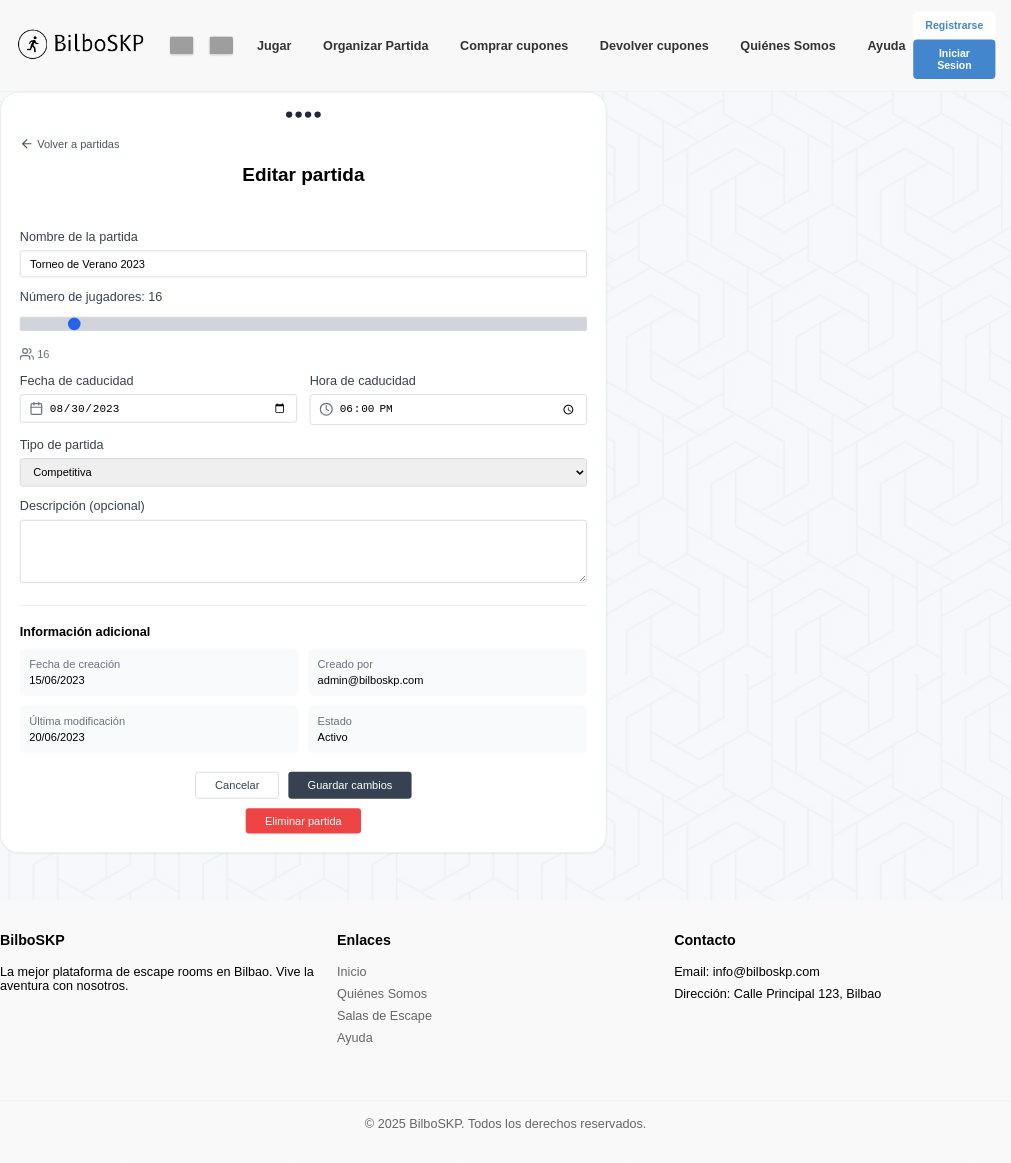
Repository: Andrew1447/Reto3-main
Page: http://localhost/bilboSKP/EditarPartida.jsp
The author's editor kept a copy of each file at every save. The page is drawn from the files as they stood at one save, then again after the next save.
The browser window is 1280 px wide. The pictures show the whole page, at 79% of full size.
Pictures or frames that could not be fetched are drawn as grey boxes. Backgrounds fixed to the window are drawn as part of the page. The page is served by Tomcat 9. Other server files are loaded and not shown. The template is opened directly, without the code that normally fills it, so the values that code supplies are empty.

Above is the page before, as saved 2025-04-27 14:53:57.

### bilboSKP/src/main/webapp/EditarPartida.jsp
<%@ page language="java" contentType="text/html; charset=UTF-8" pageEncoding="UTF-8"%>
<!DOCTYPE html>
<html lang="en">
<head>
    <meta charset="UTF-8">
    <meta name="viewport" content="width=device-width, initial-scale=1.0">
    <link rel="stylesheet" href="styles/style.css">
    <link rel="stylesheet" href="styles/EditarPartida.css">
    <title>Editar partida</title>
</head>
<body>
<header>
    <div class="logo-container">
        <a href="Index.jsp"><img src="img/bilboskp-high-resolution-logo-removebg-preview.png"></a>

        <div class="language-selector">
                <a href="?lang=es" title="Español">
                    <img src="https://upload.wikimedia.org/wikipedia/commons/thumb/9/9a/Flag_of_Spain.svg/1200px-Flag_of_Spain.svg.png" alt="Bandera de España">
                </a>
                <a href="?lang=en" title="English">
                    <img src="https://upload.wikimedia.org/wikipedia/commons/thumb/8/83/Flag_of_the_United_Kingdom_%283-5%29.svg/1200px-Flag_of_the_United_Kingdom_%283-5%29.svg.png" alt="Bandera del Reino Unido">
                </a>
            </div>
        </div>

    <nav>

        <a href="EscapeRooms.jsp">Jugar</a>
        <a href="OrganizarPartida.jsp">Organizar Partida</a>
        <a href="Packcupones.jsp">Comprar cupones</a>
		<a href="DevolverCupones.jsp">Devolver cupones</a>
        <a href="QuienesSomos.jsp">Quiénes Somos</a>
        <a href="Ayuda.jsp">Ayuda</a>

        <%
            Integer idRolUsuario = (Integer) request.getAttribute("idRol");
            Integer idCentroSesion = (Integer) request.getAttribute("idCentroSesion");

            // Mostrar "Registrar Centro" solo si el usuario no está logueado como centro
            if (idCentroSesion == null && idRolUsuario != null && idRolUsuario.equals(2)) {
        %>
                <a href="CentroRegistro.jsp">Registrar Centro</a>
        <%
            }
        %>
    </nav>

<div class="botones">
    <%
        String nombreSesion = (String) request.getAttribute("nombreSesion");
        String tipoUsuario = (String) request.getAttribute("tipoUsuario");
        Integer saldoCupones = (Integer) request.getAttribute("saldoCupones");

        if (nombreSesion != null && !nombreSesion.isEmpty()) {
            if (tipoUsuario != null && tipoUsuario.equals("usuario")) {
    %>
                <span class="nombre-usuario">Bienvenido, <%= nombreSesion %> (<%= saldoCupones != null ? saldoCupones : 0 %> cupones)</span>
                <button onclick="window.location.href='LogoutServlet'">Cerrar Sesión</button>
    <%
            } else if (tipoUsuario != null && tipoUsuario.equals("centro")) {
    %>
                <span class="nombre-centro">Bienvenido, <%= nombreSesion %></span>
                <button onclick="window.location.href='LogoutCentroServlet'">Cerrar Sesión</button>
    <%
            }
        } else {
    %>
        <button class= "registrarse" onclick="window.location.href='Registrar.jsp'">Registrarse</button>
        <button onclick="window.location.href='login.jsp'">Iniciar Sesion</button>
    <%
        }
    %>
</div>
    </header>

    <div class="card">
      <div class="card-header">
        <div class="dots">
          <span class="dot"></span>
          <span class="dot"></span>
          <span class="dot"></span>
          <span class="dot"></span>
        </div>

        <a href="OrganizarPartida.jsp" class="back-link">
          <svg class="icon" viewBox="0 0 24 24">
            <line x1="19" y1="12" x2="5" y2="12"></line>
            <polyline points="12 19 5 12 12 5"></polyline>
          </svg>
          Volver a partidas
        </a>

        <h1 class="card-title">Editar partida</h1>
      </div>

      <div class="form-container">
        <form id="editar-partida-form">
          <div class="form-group">
            <label for="nombre">Nombre de la partida</label>
            <input type="text" id="nombre" value="Torneo de Verano 2023">
          </div>

          <div class="form-group">
            <label for="numJugadores">Número de jugadores: <span id="jugadores-valor">16</span></label>
            <div class="slider-container">
              <input type="range" id="numJugadores" class="slider" min="2" max="200" value="16">
            </div>
            <div class="slider-value">
              <svg class="icon" viewBox="0 0 24 24">
                <path d="M17 21v-2a4 4 0 0 0-4-4H5a4 4 0 0 0-4 4v2"></path>
                <circle cx="9" cy="7" r="4"></circle>
                <path d="M23 21v-2a4 4 0 0 0-3-3.87"></path>
                <path d="M16 3.13a4 4 0 0 1 0 7.75"></path>
              </svg>
              <span id="jugadores-valor-icon">16</span>
            </div>
          </div>

          <div class="grid-2">
            <div class="form-group">
              <label for="fecha">Fecha de caducidad</label>
              <div class="input-with-icon">
                <svg class="icon input-icon" viewBox="0 0 24 24">
                  <rect x="3" y="4" width="18" height="18" rx="2" ry="2"></rect>
                  <line x1="16" y1="2" x2="16" y2="6"></line>
                  <line x1="8" y1="2" x2="8" y2="6"></line>
                  <line x1="3" y1="10" x2="21" y2="10"></line>
                </svg>
                <input type="date" id="fecha" value="2023-08-30">
              </div>
            </div>

            <div class="form-group">
              <label for="hora">Hora de caducidad</label>
              <div class="input-with-icon">
                <svg class="icon input-icon" viewBox="0 0 24 24">
                  <circle cx="12" cy="12" r="10"></circle>
                  <polyline points="12 6 12 12 16 14"></polyline>
                </svg>
                <input type="time" id="hora" value="18:00">
              </div>
            </div>
          </div>

          <div class="form-group">
            <label for="tipo">Tipo de partida</label>
            <select id="tipo">
              <option value="casual">Casual</option>
              <option value="competitiva" selected>Competitiva</option>
              <option value="amistosa">Amistosa</option>
              <option value="torneo">Torneo</option>
            </select>
          </div>

          <div class="form-group">
            <label for="descripcion">Descripción (opcional)</label>
            <textarea id="descripcion"></textarea>
          </div>

          <div class="info-section">
            <h3 class="info-title">Información adicional</h3>
            <div class="info-grid">
              <div class="info-item">
                <div class="info-label">Fecha de creación</div>
                <div class="info-value">15/06/2023</div>
              </div>
              <div class="info-item">
                <div class="info-label">Creado por</div>
                <div class="info-value">admin@bilboskp.com</div>
              </div>
              <div class="info-item">
                <div class="info-label">Última modificación</div>
                <div class="info-value">20/06/2023</div>
              </div>
              <div class="info-item">
                <div class="info-label">Estado</div>
                <div class="info-value">Activo</div>
              </div>
            </div>
          </div>

          <div class="button-container">
            <button type="button" class="secondary-button" id="cancelar-btn">Cancelar</button>
            <button type="submit" class="primary-button">Guardar cambios</button>
          </div>

          <div class="button-container" style="margin-top: 12px;">
            <button type="button" class="danger-button" id="eliminar-btn">Eliminar partida</button>
          </div>
        </form>
      </div>
    </div>

  <footer>
        <div class="container">
            <div class="footer-content">
                <div class="footer-column">
                    <h3>BilboSKP</h3>
                    <p>La mejor plataforma de escape rooms en Bilbao. Vive la aventura con nosotros.</p>
                </div>
                <div class="footer-column">
                    <h3>Enlaces</h3>
                    <ul>
                        <li><a href="Index.jsp">Inicio</a></li>
                        <li><a href="QuienesSomos.jsp">Quiénes Somos</a></li>
                        <li><a href="EscapeRooms.jsp">Salas de Escape</a></li>
                        <li><a href="Ayuda.jsp">Ayuda</a></li>
                    </ul>
                </div>
                <div class="footer-column">
                    <h3>Contacto</h3>
                    <ul>
                        <li>Email: info@bilboskp.com</li>
                        <li>Dirección: Calle Principal 123, Bilbao</li>
                    </ul>
                </div>
            </div>
            <div class="footer-bottom">
                <p>&copy; 2025 BilboSKP. Todos los derechos reservados.</p>
            </div>
        </div>
    </footer>

  <script>
    // Script para actualizar el valor del slider
    const sliderElement = document.getElementById('numJugadores');
    const jugadoresValor = document.getElementById('jugadores-valor');
    const jugadoresValorIcon = document.getElementById('jugadores-valor-icon');

    sliderElement.addEventListener('input', function() {
      const value = this.value;
      jugadoresValor.textContent = value;
      jugadoresValorIcon.textContent = value;
    });

    // Prevenir envío del formulario (para demostración)
    document.getElementById('editar-partida-form').addEventListener('submit', function(e) {
      e.preventDefault();
      alert('Cambios guardados (demostración)');
    });

    // Botón cancelar
    document.getElementById('cancelar-btn').addEventListener('click', function() {
      if (confirm('¿Estás seguro de que quieres cancelar la edición? Los cambios no guardados se perderán.')) {
        // Redirigir a la página de partidas (para demostración)
        alert('Edición cancelada (demostración)');
      }
    });

    // Botón eliminar
    document.getElementById('eliminar-btn').addEventListener('click', function() {
      if (confirm('¿Estás seguro de que quieres eliminar esta partida? Esta acción no se puede deshacer.')) {
        // Eliminar partida (para demostración)
        alert('Partida eliminada (demostración)');
      }
    });
  </script>

</body>
</html>

### bilboSKP/src/main/webapp/styles/style.css
body {
    font-family: "Ubuntu", sans-serif;
    font-weight: 500;
    font-style: normal;
    background-color: #f4f7fa;
    margin: 0;
    padding: 0;
    background-image: linear-gradient(rgba(244, 247, 250, 0.85), rgba(244, 247, 250, 0.85)), url('../img/fondod.png');
    background-repeat: no-repeat;
    background-size: cover;
    background-position: center;
    background-attachment: fixed; /* Esto asegura que el fondo permanezca fijo */
}

.logo-container {
            display: flex;
            align-items: center;
        }

        .logo-container img {
            height: 50px;
            width: auto;
        }

  .language-selector {
            display: flex;
            align-items: center;
            margin-left: 20px;
        }

        .language-selector a {
            display: flex;
            align-items: center;
            margin: 0 5px;
            padding: 5px;
            border-radius: 4px;
            transition: background-color 0.2s;
        }

        .language-selector a:hover {
            background-color: #f0f0f0;
        }

        .language-selector img {
            width: 30px;
            height: auto;
            border-radius: 3px;
            box-shadow: 0 1px 2px rgba(0, 0, 0, 0.2);
        }

header {
    display: grid;
    grid-template-columns: 1fr auto 1fr;
    align-items: center;
    padding: 15px 20px;
    background-color: #f8f8f8;
    border-bottom: 1px solid #eee;
}

header > a:first-child {
    justify-self: start;
}

header a img {
    max-height: 50px;
}

header nav {
    grid-column: 2;
    display: flex;
    justify-content: center;
    gap: 20px; /* Equal spacing between links */
}

header nav a {
    text-decoration: none;
    color: #333;
    margin-left: 20px;
    font-weight: bold;
}

header nav a:hover {
    color: #4386ce;
}

header button {
    background-color: #4386ce;
    color: white;
    border: none;
    padding: 10px 15px;
    border-radius: 5px;
    cursor: pointer;
    margin-left: 10px;
    font-weight: bold;
}

header button:hover {
    background-color: #437cb8;
}


body{
  font-family: "Ubuntu", sans-serif;
  font-weight: 500;
  font-style: normal;
  background-repeat: no-repeat;
  background-size: cover;
  background-attachment: fixed;
}

.botones {
    grid-column: 3;
    justify-self: end;
}

.registrarse{
    background-color: #ffff;
    color: #4386ce;
    font-weight: bold;
}
.registrarse:hover{
    background-color: #cfcfcf;
    color: #4386ce;
    font-weight: bold;
}




        /* Footer */
        footer {
            background-color: #f9f9f9;
            padding: 40px 0;
            margin-top: 60px;
        }

        .footer-content {
            display: flex;
            justify-content: space-between;
            flex-wrap: wrap;
        }

        .footer-column {
            flex: 1;
            min-width: 200px;
            margin-bottom: 20px;
        }

        .footer-column h3 {
            margin-bottom: 20px;
            font-size: 18px;
        }

        .footer-column ul {
            list-style: none;
        }

        .footer-column ul li {
            margin-bottom: 10px;
        }

        .footer-column ul li a {
            text-decoration: none;
            color: #666;
        }

        .footer-bottom {
            text-align: center;
            margin-top: 40px;
            padding-top: 20px;
            border-top: 1px solid #eee;
            color: #666;
        }

        /* Responsive */
        @media (max-width: 768px) {
            header {
                flex-direction: column;
                gap: 15px;
            }

            nav ul {
                margin: 15px 0;
                flex-wrap: wrap;
                justify-content: center;
            }

            .about-content {
                flex-direction: column;
            }

            .features {
                grid-template-columns: 1fr;
            }

            .carousel-container {
                height: 300px;
            }
        }

### bilboSKP/src/main/webapp/styles/EditarPartida.css
@charset "ISO-8859-1";
* {
      margin: 0;
      padding: 0;
      box-sizing: border-box;
    }


    /* Contenido principal */
    main {
      padding: 32px 16px;
      display: flex;
      justify-content: center;
    }

    .card {
      width: 100%;
      max-width: 768px;
      background-color: white;
      border-radius: 24px;
      border: 1px solid #e5e7eb;
      box-shadow: 0 1px 2px rgba(0, 0, 0, 0.05);
      overflow: hidden;
    }

    .card-header {
      padding: 24px;
    }

    .dots {
      display: flex;
      justify-content: center;
      gap: 4px;
      margin-bottom: 24px;
    }

    .dot {
      width: 8px;
      height: 8px;
      border-radius: 50%;
      background-color: #1f2937;
    }

    .card-title {
      font-size: 24px;
      font-weight: bold;
      text-align: center;
      margin-bottom: 32px;
    }

    .back-link {
      display: flex;
      align-items: center;
      gap: 4px;
      color: #4b5563;
      text-decoration: none;
      font-size: 14px;
      margin-bottom: 16px;
    }

    .back-link:hover {
      color: #1f2937;
    }

    /* Formulario */
    .form-container {
      padding: 0 24px 24px;
    }

    .form-group {
      margin-bottom: 16px;
    }

    label {
      display: block;
      margin-bottom: 8px;
      font-weight: 500;
      color: #374151;
    }

    input, select, textarea {
      width: 100%;
      padding: 8px 12px;
      border: 1px solid #d1d5db;
      border-radius: 4px;
      font-size: 14px;
    }

    input:focus, select:focus, textarea:focus {
      outline: none;
      border-color: #2563eb;
      box-shadow: 0 0 0 2px rgba(37, 99, 235, 0.1);
    }

    .input-with-icon {
      position: relative;
    }

    .input-icon {
      position: absolute;
      left: 12px;
      top: 50%;
      transform: translateY(-50%);
      color: #6b7280;
    }

    .input-with-icon input {
      padding-left: 36px;
    }

    .slider-container {
      margin: 16px 0;
    }

    .slider {
      -webkit-appearance: none;
      width: 100%;
      height: 4px;
      border-radius: 2px;
      background: #d1d5db;
      outline: none;
    }

    .slider::-webkit-slider-thumb {
      -webkit-appearance: none;
      appearance: none;
      width: 16px;
      height: 16px;
      border-radius: 50%;
      background: #2563eb;
      cursor: pointer;
    }

    .slider::-moz-range-thumb {
      width: 16px;
      height: 16px;
      border-radius: 50%;
      background: #2563eb;
      cursor: pointer;
    }

    .slider-value {
      display: flex;
      align-items: center;
      gap: 4px;
      color: #6b7280;
      font-size: 14px;
    }

    .grid-2 {
      display: grid;
      grid-template-columns: 1fr;
      gap: 16px;
    }

    @media (min-width: 640px) {
      .grid-2 {
        grid-template-columns: 1fr 1fr;
      }
    }

    textarea {
      resize: vertical;
      min-height: 80px;
    }

    .button-container {
      display: flex;
      justify-content: center;
      gap: 12px;
      margin-top: 24px;
    }

    .primary-button {
      background-color: #374151;
      color: white;
      border: none;
      border-radius: 4px;
      padding: 8px 24px;
      font-size: 14px;
      cursor: pointer;
    }

    .primary-button:hover {
      background-color: #1f2937;
    }

    .secondary-button {
      background-color: white;
      color: #374151;
      border: 1px solid #d1d5db;
      border-radius: 4px;
      padding: 8px 24px;
      font-size: 14px;
      cursor: pointer;
    }

    .secondary-button:hover {
      background-color: #f9fafb;
    }

    .danger-button {
      background-color: #ef4444;
      color: white;
      border: none;
      border-radius: 4px;
      padding: 8px 24px;
      font-size: 14px;
      cursor: pointer;
    }

    .danger-button:hover {
      background-color: #dc2626;
    }

    /* Información adicional */
    .info-section {
      margin-top: 24px;
      padding-top: 24px;
      border-top: 1px solid #e5e7eb;
    }

    .info-title {
      font-size: 16px;
      font-weight: 600;
      margin-bottom: 12px;
    }

    .info-grid {
      display: grid;
      grid-template-columns: 1fr;
      gap: 12px;
    }

    @media (min-width: 640px) {
      .info-grid {
        grid-template-columns: 1fr 1fr;
      }
    }

    .info-item {
      background-color: #f9fafb;
      padding: 12px;
      border-radius: 6px;
      font-size: 14px;
    }

    .info-label {
      color: #6b7280;
      margin-bottom: 4px;
    }

    .info-value {
      font-weight: 500;
    }

    /* Iconos */
    .icon {
      display: inline-block;
      width: 18px;
      height: 18px;
      stroke-width: 2;
      stroke: currentColor;
      fill: none;
      stroke-linecap: round;
      stroke-linejoin: round;
    }

After the next save:
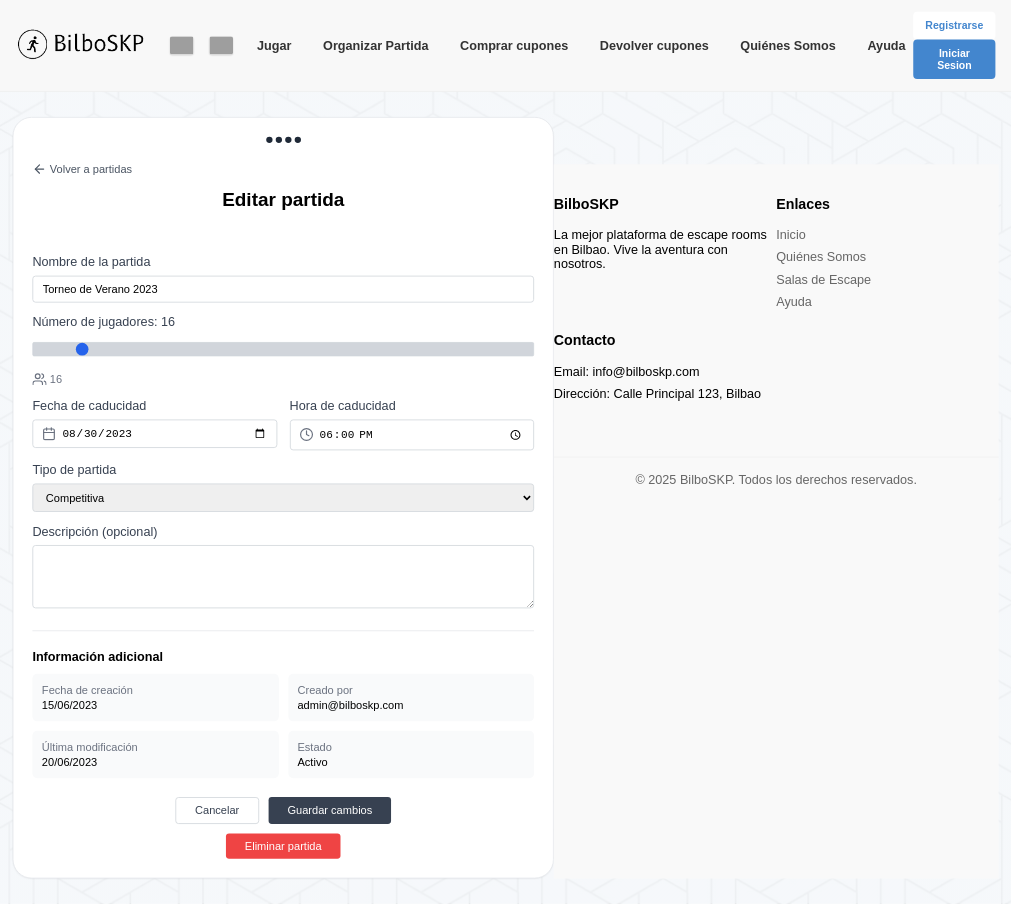
Saved 22 s later.
--- a/bilboSKP/src/main/webapp/EditarPartida.jsp
+++ b/bilboSKP/src/main/webapp/EditarPartida.jsp
@@ -73,6 +73,7 @@
 </div>
     </header>
 
+    <main>
     <div class="card">
       <div class="card-header">
         <div class="dots">
@@ -220,6 +221,7 @@
             </div>
         </div>
     </footer>
+  </main>
 
   <script>
     // Script para actualizar el valor del slider
